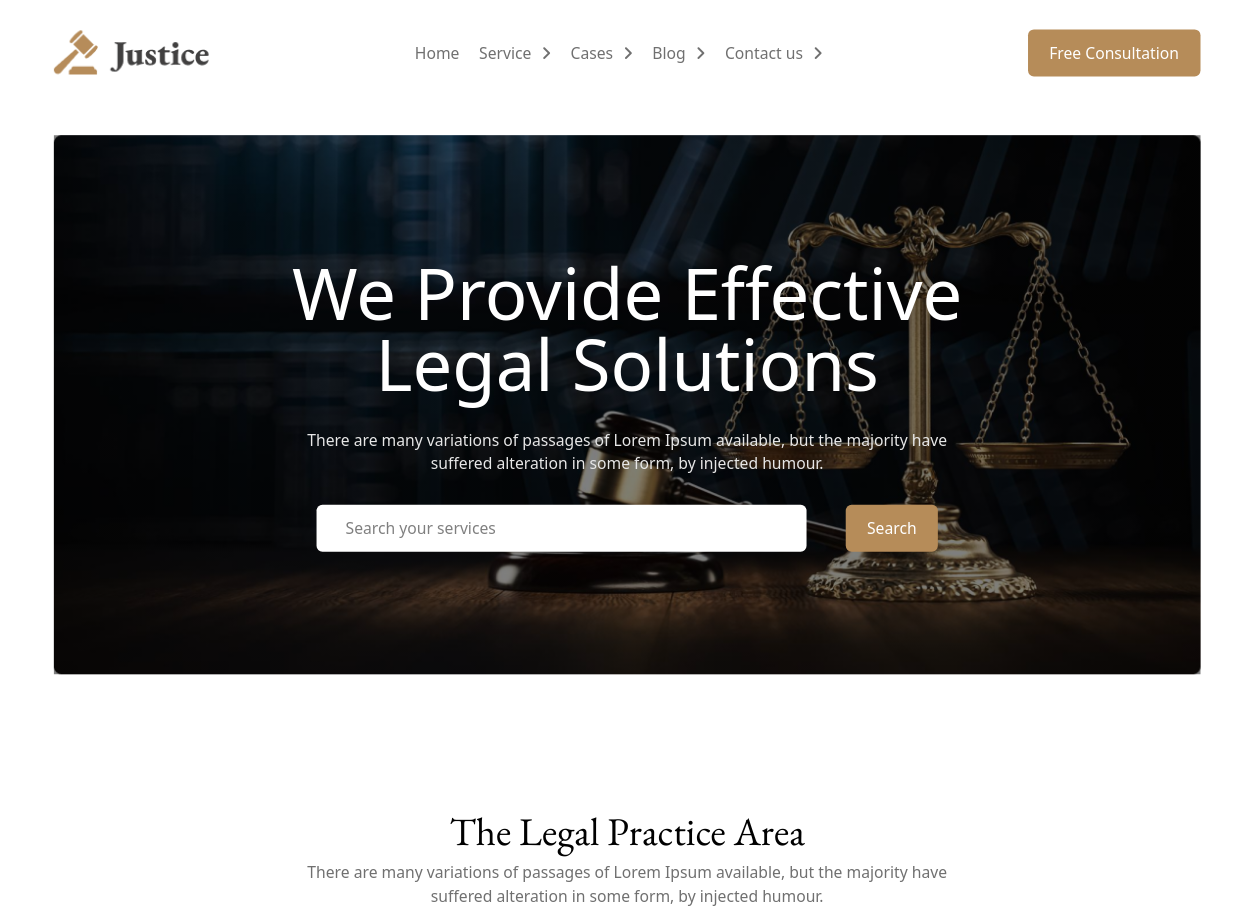
Repository: nahid-hasann/website-6
Page: index.html
An editor plug-in stored every save of this project. The page is shown before and after the next save, followed by the edit.
The browser window is 1280 px wide. The pictures show the whole page, at 98% of full size.

Above is the page before, as saved 2025-07-20 23:38:59.

After the next save:
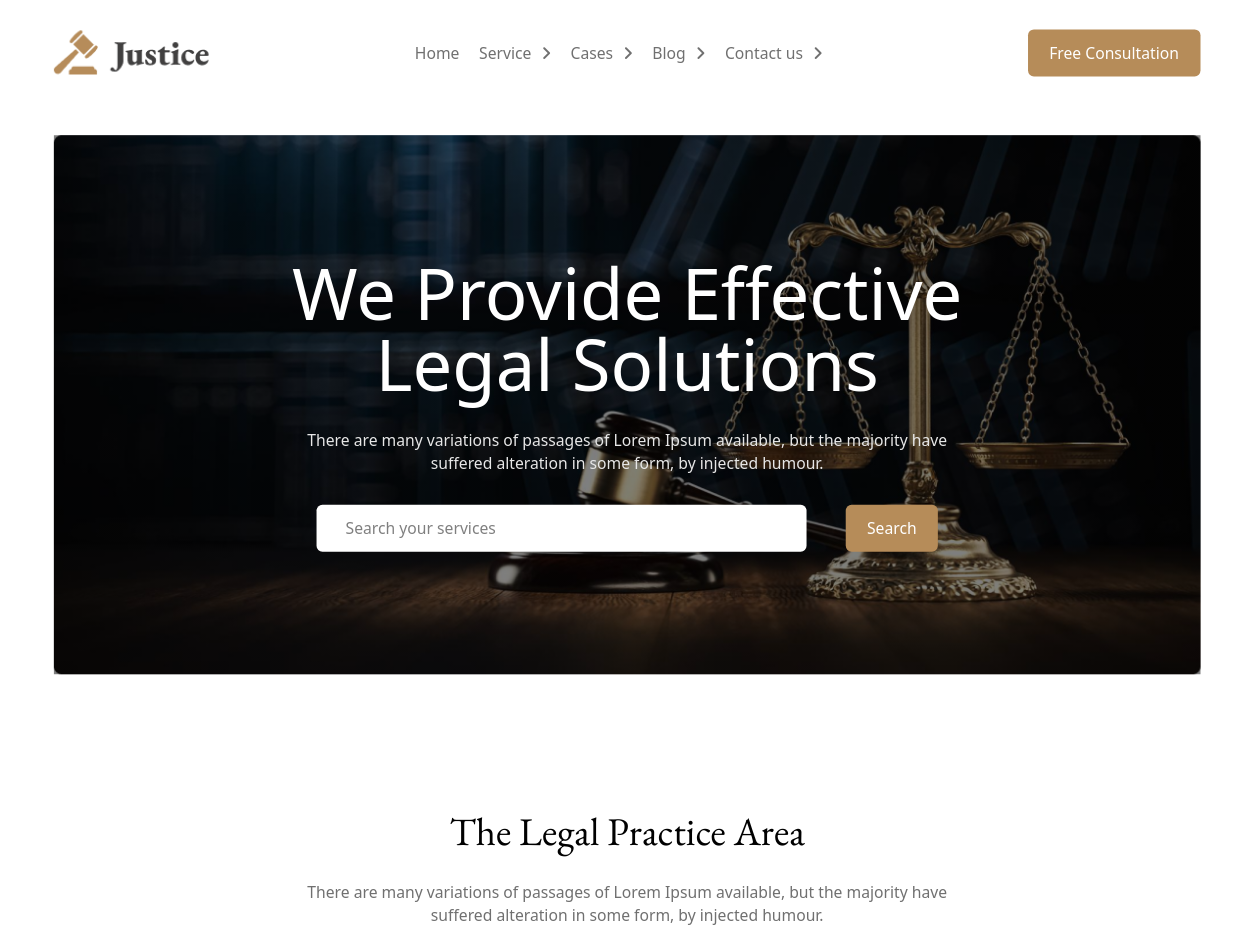
Saved 4 s later.
--- a/index.html
+++ b/index.html
@@ -50,7 +50,7 @@
     <div class="card-section">
         <div class="card-content">
             <h1 class="eb-garamond-ok text-[40px] text-center ">The Legal Practice Area</h1>
-            <p class="text-center text-[#707070] my-[]">There are many variations of passages of Lorem Ipsum available, but the majority have <br> suffered alteration in some form, by injected humour.</p>
+            <p class="text-center text-[#707070] my-[20px]">There are many variations of passages of Lorem Ipsum available, but the majority have <br> suffered alteration in some form, by injected humour.</p>
         </div>
     </div>
 </main>
